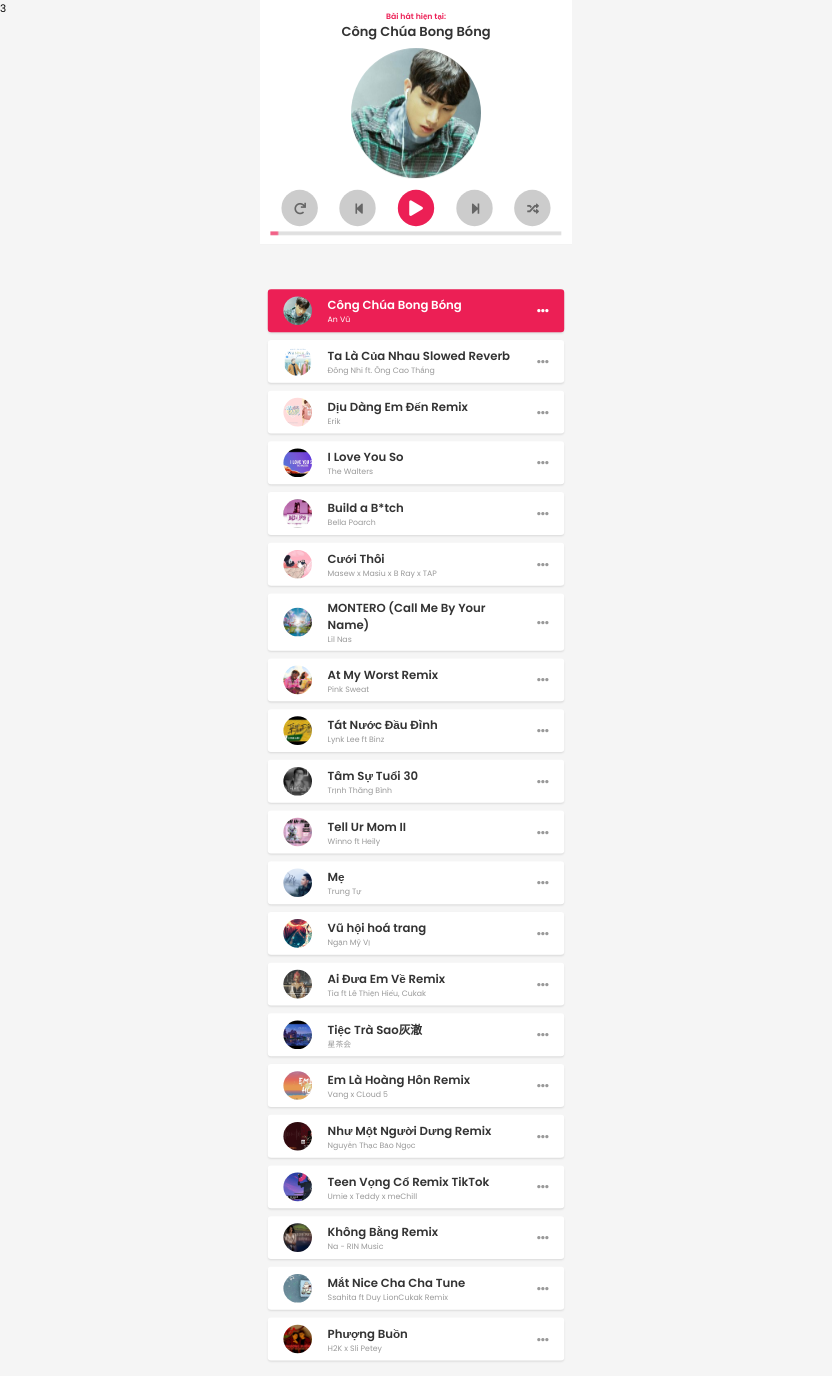
Repository: hopcodedao/music
Page: index.html
These files come from the project's save history. The page is drawn as it stood at one moment and after the next save; the edit follows.
The browser window is 1280 px wide. The pictures show the whole page, at 65% of full size.

Above is the page before, as saved 2022-09-06 21:24:50.
Console error: ReferenceError: _this is not defined

### index.html
3<!DOCTYPE html>
<html lang="en">
<head>
  <meta charset="UTF-8">
  <meta http-equiv="X-UA-Compatible" content="IE=edge">
  <meta name="viewport" content="width=device-width, initial-scale=1.0">
  <title>Hợp Music</title>
  <link rel="stylesheet" href="https://cdnjs.cloudflare.com/ajax/libs/font-awesome/5.15.2/css/all.min.css" integrity="sha512-HK5fgLBL+xu6dm/Ii3z4xhlSUyZgTT9tuc/hSrtw6uzJOvgRr2a9jyxxT1ely+B+xFAmJKVSTbpM/CuL7qxO8w==" crossorigin="anonymous" />
  <link rel="preconnect" href="https://fonts.gstatic.com">
  <link href="https://fonts.googleapis.com/css2?family=Poppins:wght@300;400;600&display=swap" rel="stylesheet">
  <link rel="stylesheet" href="./assets/css/ok.css">
  <link rel="icon" href="./assets/img/iconlogo.png" type="image/x-icon" sizes="192x192">
</head>
<body>

<div class="player">
  <!-- Dashboard -->
  <div class="dashboard">
    <!-- Header -->
    <header>
      <h4>Bài hát hiện tại:</h4>
      <h2>String 57th & 9th</h2>
    </header>

    <!-- CD -->
    <div class="cd">
      <div class="cd-thumb" style="background-image: url('https://i.ytimg.com/vi/jTLhQf5KJSc/maxresdefault.jpg')">
      </div>
    </div>

    <!-- Control -->
    <div class="control">
      <div class="btn btn-repeat">
        <i class="fas fa-redo"></i>
      </div>
      <div class="btn btn-prev">
        <i class="fas fa-step-backward"></i>
      </div>
      <div class="btn btn-toggle-play">
        <i class="fas fa-pause icon-pause"></i>
        <i class="fas fa-play icon-play"></i>
      </div>
      <div class="btn btn-next">
        <i class="fas fa-step-forward"></i>
      </div>
      <div class="btn btn-random">
        <i class="fas fa-random"></i>
      </div>
    </div>

    <input id="progress" class="progress" type="range" value="0" step="1" min="0" max="100">

    <audio id="audio" src=""></audio>
  </div>

  <!-- Playlist -->
  <div class="playlist">

</div>

<script src="app.js"></script>


</body>
</html>

### assets/css/ok.css
:root {
    --primary-color: #ec1f55;
    --text-color: #333;
  }

  * {
    padding: 0;
    margin: 0;
    box-sizing: inherit;
  }

  body {
    background-color: #f5f5f5;
  }

  html {
    box-sizing: border-box;
    font-family: "Poppins", sans-serif;
  }

  .player {
    position: relative;
    max-width: 480px;
    margin: 0 auto;
  }

  .player .icon-pause {
    display: none;
  }

  .player.playing .icon-pause {
    display: inline-block;
  }

  .player.playing .icon-play {
    display: none;
  }

  .dashboard {
    padding: 16px 16px 14px;
    background-color: #fff;
    position: fixed;
    top: 0;
    width: 100%;
    max-width: 480px;
    border-bottom: 1px solid #ebebeb;
  }

  /* HEADER */
  header {
    text-align: center;
    margin-bottom: 10px;
  }

  header h4 {
    color: var(--primary-color);
    font-size: 12px;
  }

  header h2 {
    color: var(--text-color);
    font-size: 20px;
  }

  /* CD */
  .cd {
    display: flex;
    margin: auto;
    width: 200px;
  }

  .cd-thumb {
    width: 100%;
    padding-top: 100%;
    border-radius: 50%;
    background-color: #333;
    background-size: cover;
    margin: auto;
  }

  /* CONTROL */
  .control {
    display: flex;
    align-items: center;
    justify-content: space-around;
    padding: 18px 0 8px 0;
  }

  .control .btn {
    color: #666;
    padding: 18px;
    font-size: 18px;
  }

  .control .btn.active {
    color: var(--primary-color);
  }

  .control .btn-toggle-play {
    width: 56px;
    height: 56px;
    border-radius: 50%;
    font-size: 24px;
    color: #fff;
    display: flex;
    align-items: center;
    justify-content: center;
    background-color: var(--primary-color);
  }

  .progress {
    width: 100%;
    -webkit-appearance: none;
    height: 6px;
    background: #d3d3d3;
    outline: none;
    opacity: 0.7;
    -webkit-transition: 0.2s;
    transition: opacity 0.2s;
  }

  .progress::-webkit-slider-thumb {
    -webkit-appearance: none;
    appearance: none;
    width: 12px;
    height: 6px;
    background-color: var(--primary-color);
    cursor: pointer;
  }

  /* PLAYLIST */
  .playlist {
    margin-top: 408px;
    padding: 12px;
  }

  .song {
    display: flex;
    align-items: center;
    margin-bottom: 12px;
    background-color: #fff;
    padding: 8px 16px;
    border-radius: 5px;
    box-shadow: 0 2px 3px rgba(0, 0, 0, 0.1);
  }

  .song.active {
    background-color: var(--primary-color);
  }

  .song:active {
    opacity: 0.8;
  }

  .song.active .option,
  .song.active .author,
  .song.active .title {
    color: #fff;
  }

  .song .thumb {
    width: 44px;
    height: 44px;
    border-radius: 50%;
    background-size: cover;
    margin: 0 8px;
  }

  .song .body {
    flex: 1;
    padding: 0 16px;
  }

  .song .title {
    font-size: 18px;
    color: var(--text-color);
  }

  .song .author {
    font-size: 12px;
    color: #999;
  }

  .song .option {
    padding: 16px 8px;
    color: #999;
    font-size: 18px;
  }
  .btn.btn-repeat,
  .btn.btn-prev,
  .btn.btn-next,
  .btn.btn-random{
      background-color:#ccc;
    border-radius: 50%;
    width: 56px;
    height: 56px;
    display: flex;
    align-items: center;
    justify-content: flex-end;
  }
  .btn.btn-repeat:hover,
  .btn.btn-prev:hover,
  .btn.btn-next:hover,
  .btn.btn-random:hover
  {
    cursor: pointer;
    background-color:rgb(199, 196, 196);
    border-radius: 50%;
  }

  .btn.btn-toggle-play:hover{
      cursor: pointer;
  }

  .song:hover{
      cursor: pointer;
  }

### app.js
const $ =document.querySelector.bind(document)
const $$ =document.querySelectorAll.bind(document)
const PLAYER_STORAGE_KEY ='MINH_QUAN'

const heading = $('header h2')
const cdThumb = $('.cd-thumb')
const audio = $('#audio')
const cd = $('.cd')
const playBtn = $('.btn-toggle-play')
const player = $('.player')
const progress = $('#progress')
const nextBtn = $('.btn-next')
const prevBtn = $('.btn-prev')
const randomBtn = $('.btn-random')
const repeatBtn = $('.btn-repeat')
const playlist = $('.playlist')

const app = {
    currentIndex: 0,
    isPlaying: false,
    isRandom:false,
    isRepeat:false,
    config: JSON.parse(localStorage.getItem('PLAYER_STORAGE_KEY')) || {},
    songs : [

        {
            name: 'Công Chúa Bong Bóng',
            singer: 'An Vũ',
            path: './assets/songs/Công Chúa Bong Bóng.mp3',
            image: './assets/img/anvu.jpg'
        },
        {
            name: 'Ta Là Của Nhau Slowed Reverb',
            singer: 'Đông Nhi ft. Ông Cao Thắng',
            path: './assets/songs/Ta Là Của Nhau Slowed Reverb.mp3',
            image: './assets/img/talacuanhau.jpg'
        },
        {
            name: 'Dịu Dàng Em Đến Remix',
            singer: 'Erik',
            path: './assets/songs/Dịu Dàng Em Đến  ERIKCukak Remix.mp3',
            image: './assets/img/diudangngayemden.jpg'
        },
        {
            name: 'I Love You So',
            singer: 'The Walters',
            path: './assets/songs/I Love You So .mp3',
            image: './assets/img/0.jpg'
        },
        {
            name: 'Build a B*tch',
            singer: ' Bella Poarch',
            path: './assets/songs/y2mate.com - Build a Btch  Bella Poarch Lyrics  Vietsub .mp3',
            image: './assets/img/buildabitch.jpg'
        },
        {
            name: ' Cưới Thôi',
            singer: 'Masew x Masiu x B Ray x TAP',
            path: './assets/songs/y2mate.com - Cưới Thôi  Masew x Masiu x B Ray x TAP  Lyrics Audio .mp3',
            image: './assets/img/cuoithoi.jpg'
        },
        {
            name: 'MONTERO (Call Me By Your Name) ',
            singer: 'Lil Nas',
            path: './assets/songs/y2mate.com - Lil Nas X  MONTERO Call Me By Your Name Lyrics.mp3',
            image: './assets/img/montero.jpg'
        },
        {
            name: ' At My Worst Remix',
            singer: 'Pink Sweat',
            path: './assets/songs/y2mate.com - Pink Sweat  At My Worst Remix Lyrics Ft Kehlani.mp3',
            image: './assets/img/atmyworst.jpg'
        },
        {
            name: 'Tát Nước Đầu Đình',
            singer: 'Lynk Lee ft Binz',
            path: './assets/songs/y2mate.com - Tát Nước Đầu Đình  Lynk Lee ftBinz Cowvy Mix.mp3',
            image: './assets/img/tatnuocdaudinh.jpg'
        },
        {
            name: ' Tâm Sự Tuổi 30',
            singer: 'Trịnh Thăng Bình',
            path: './assets/songs/y2mate.com - TÂM SỰ TUỔI 30  TRỊNH THĂNG BÌNH  OST ÔNG NGOẠI TUỔI 30.mp3',
            image: './assets/img/tamuuoi30.jpg'
        },
        {
            name: ' Tell Ur Mom II',
            singer: 'Winno ft Heily',
            path: './assets/songs/y2mate.com - Tell Ur Mom II  Winno ft HeilyCukak Remix Audio Lyrics Video.mp3',
            image: './assets/img/tell.jpg'
        },
        {
            name: 'Mẹ',
            singer: 'Trung Tự',
            path: './assets/songs/y2mate.com - Trung Tự  Mẹ  Xa Nhà  BFF Remix Lofi Ver    Dự Án Lofi 02 .mp3',
            image: './assets/img/me.jpg'
        },
        {
            name: 'Vũ hội hoá trang',
            singer: ' Ngận Mỹ Vị',
            path: './assets/songs/y2mate.com - Vietsub Vũ hội hoá trang  Ngận Mỹ Vị   假面舞会  很美味.mp3',
            image: './assets/img/vuhoihoatrang.jpg'
        },
        {
            name: 'Ai Đưa Em Về Remix',
            singer: 'Tia ft Lê Thiện Hiếu, Cukak ',
            path: './assets/songs/y2mate.com - Ai Đưa Em Về  Tia ft Lê Thiện HiếuCukak Remix Audio Lyrics Video.mp3',
            image: './assets/img/aiduaemve.jpg'
        },
        {
            name: 'Tiệc Trà Sao灰澈',
            singer: '星茶会',
            path: './assets/songs/y2mate.com - 星茶会  Tiệc Trà Sao灰澈  Nhạc Douyin.mp3',
            image: './assets/img/tiệctrasao.jpg'
        },
        {
            name: 'Em Là Hoàng Hôn Remix',
            singer: 'Vang x CLoud 5',
            path: './assets/songs/y2mate.com - Em Là Hoàng Hôn Frexs Remix  Vang x CLoud 5  Má Của Em Tựa Hồng Cành Thắm Remix.mp3',
            image: './assets/img/emlahoanghon.jpg'
        },
        {
            name: 'Như Một Người Dưng Remix ',
            singer: 'Nguyễn Thạc Bảo Ngọc',
            path: './assets/songs/y2mate.com - Như Một Người Dưng Remix  từng ngày em vẫn bên anh thế nhưng anh vương vấn điều gì Hot TikTok 2021.mp3',
            image: './assets/img/nhumotnguoidung.jpg'
        },
        {
            name: 'Teen Vọng Cổ Remix TikTok',
            singer: 'Umie x Teddy x meChill',
            path: './assets/songs/y2mate.com - Teen Vọng Cổ Remix TikTok Umie x Teddy x meChill.mp3',
            image: './assets/img/teenvongco.jpg'
        },
        {
            name: 'Không Bằng Remix ',
            singer: 'Na - RIN Music',
            path: './assets/songs/y2mate.com - Nói Với Em Một Lời Trước Khi Xa Rời  Không Bằng RIN Music Remix  Na.mp3',
            image: './assets/img/khongbang.jpg'
        },
        {
            name: 'Mắt Nice Cha Cha Tune ',
            singer: ' Ssahita ft Duy LionCukak Remix',
            path: './assets/songs/y2mate.com - Mắt Nice Cha Cha Tune  Ssahita ft Duy LionCukak Remix Audio Lyrics Video.mp3',
            image: './assets/img/matnai.jpg'
        },
        {
            name: ' Phượng Buồn',
            singer: 'H2K x Sli Petey',
            path: './assets/songs/y2mate.com - Phượng Buồn  H2K x Sli Petey by H2K  VN MIXCLOUD.mp3',
            image: './assets/img/phuongbuon.jpg'
        },
            ],
    setConfig: function (key, value) {
        this.config[key] = value;
        localStorage.setItem(PLAYER_STORAGE_KEY, JSON.stringify(this.config))
    },
    render: function () {
        const htmls = this.songs.map((song, index) => {
            return `
            <div class="song ${index === this.currentIndex ? 'active' : ''}" data-index="${index}">
                <div class="thumb" style="background-image: url('${song.image}')">
                </div>
                <div class="body">
                    <h3 class="title">${song.name}</h3>
                    <p class="author">${song.singer}</p>
                </div>
                <div class="option">
                    <i class="fas fa-ellipsis-h"></i>
                </div>
            </div>
            `
        })
        $('.playlist').innerHTML = htmls.join('')
    },
    defineProperties:function () {
        Object.defineProperty(this, 'currentSong',{
            get: function () {
                return this.songs[this.currentIndex]
            }
        })
    },
    handleEvents: function () {
        const _this = this
        const cdWidth = cd.offsetWidth

        //Xử lý CD quay / dừng
        const cdThumbAnimate = cdThumb.animate([
            {transform: 'rotate(360deg)'}
        ],{
            duration: 10000, //10s
            iterations: Infinity
        })
        cdThumbAnimate.pause()

        //Xử lý phóng to / thu nhỏ CD
        document.onscroll = function () {
            const scrollTop = window.scrollY
            const newCdWidth = cdWidth - scrollTop

            cd.style.width = newCdWidth > 0 ? newCdWidth + 'px' : 0
            cd.style.opacity = newCdWidth / cdWidth

        }

        //Xử lý khi click play
        playBtn.onclick = function() {
            if(_this.isPlaying) {
                audio.pause()
            }else{
                audio.play()
            }
        }

        //Khi song play
        audio.onplay = function () {
            _this.isPlaying = true
            player.classList.add('playing')
            cdThumbAnimate.play()
        }

        //Khi song pause
        audio.onpause = function () {
            _this.isPlaying = false
            player.classList.remove('playing')
            cdThumbAnimate.pause()
        }

        //Khi tiến độ bài hát thay đổi
        audio.ontimeupdate = function () {
            if(audio.duration){
                const progressPercent = Math.floor(audio.currentTime / audio.duration *100)
                progress.value = progressPercent
            }
        }

        //Khi tua song
        progress.onchange = function (e) {
            const seekTime = audio.duration / 100 * e.target.value
            audio.currentTime = seekTime
        }

        //Khi next song
        nextBtn.onclick = function () {
            if (_this.isRandom) {
                _this.playRandomSong()
            } else {
                _this.nextSong()
            }
            audio.play()
            _this.render()
            _this.scrollToActiveSong()
        }
        //Khi prev song
        prevBtn.onclick = function () {
            if (_this.isRandom) {
                _this.playRandomSong()
            } else {
                _this.prevSong()
            }
            audio.play()
            _this.render()
            _this.scrollToActiveSong()
        }
        //Khi random bài hát
        randomBtn.onclick = function () {
            _this.isRandom = !_this.isRandom
            _this.setConfig('isRandom', _this.isRandom)
            randomBtn.classList.toggle('active', _this.isRandom)
        }

        //Phát lại 1 bài hát
        repeatBtn.onclick = function () {
            _this.isRepeat = !_this.isRepeat
            _this.setConfig('isRepeat', _this.isRepeat)
            repeatBtn.classList.toggle('active', _this.isRepeat)
        }

        //Xử lý next song song khi audio ended
        audio.onended = function () {
            if (_this.isRepeat){
                audio.play()
            } else {
                nextBtn.click()
            }
        }
        //Lắng nghe hành vi click vào play list
        playlist.onclick = function (e) {
            const songNode = e.target.closest('.song:not(.active)')
            if(songNode || e.target.closest('.option')) {
                //Xử lý khi click vào song
                 {if (songNode) {
                    _this.currentIndex = Number(songNode.dataset.index)
                    _this.loadCurrentSong()
                    audio.play()
                    _this.render()
                }
                }
                //Xử lý khi click vào option
                if(e.target.closest('.option')){

                }
            }
        }
    },
    scrollToActiveSong: function () {
        if(this.currentIndex === 0){
            document.documentElement.scrollTop = 0
        }
        setTimeout(() =>{
            $('.song.active').scrollIntoView({
                behavior: 'smooth',
                block:'nearest',
            })
        },0)
    },
    loadCurrentSong: function () {
        heading.textContent = this.currentSong.name
        cdThumb.style.backgroundImage = `url('${this.currentSong.image}')`
        audio.src = this.currentSong.path

        console.log(heading, cdThumb, audio)

    },
    loadConfig: function () {
        this.isRandom = this.config.isRandom
        this.isRepeat = this.config.isRepeat
    },
    nextSong: function () {
        this.currentIndex++
        if(this.currentIndex >= this.songs.length ) {
            this.currentIndex = 0
        }
        this.loadCurrentSong()
    },
    prevSong: function () {
        this.currentIndex--
        if(this.currentIndex < 0) {
            this.currentIndex = this.songs.length - 1
        }
        this.loadCurrentSong()
    },
    playRandomSong: function () {
        let newIndex
        do {
            newIndex = Math.floor(Math.random() * this.songs.length)
        } while(newIndex === this.currentIndex)

        this.currentIndex = newIndex
        this.loadCurrentSong()
    },
    start: function () {
        //Gán cấu hình từ cònfig vào app
        // this.loadConfig()

        //Định nghĩa các thuộc tính cho object
        this.defineProperties()

        //Lắng nghe xử lý các sự kiện (DOM event)
        this.handleEvents()


        //Tải thông tin bài hát đầu tiên vào UI khi chạy ứng dụng
        this.loadCurrentSong()

        //Render playlist
        this.render()

        //Hiển thị trạng thái ban đầu của button repeat và ban đầu
        randomBtn.classList.toggle('active', _this.isRandom)
        repeatBtn.classList.toggle('active', _this.isRepeat)
    }
}
app.start()

After the next save:
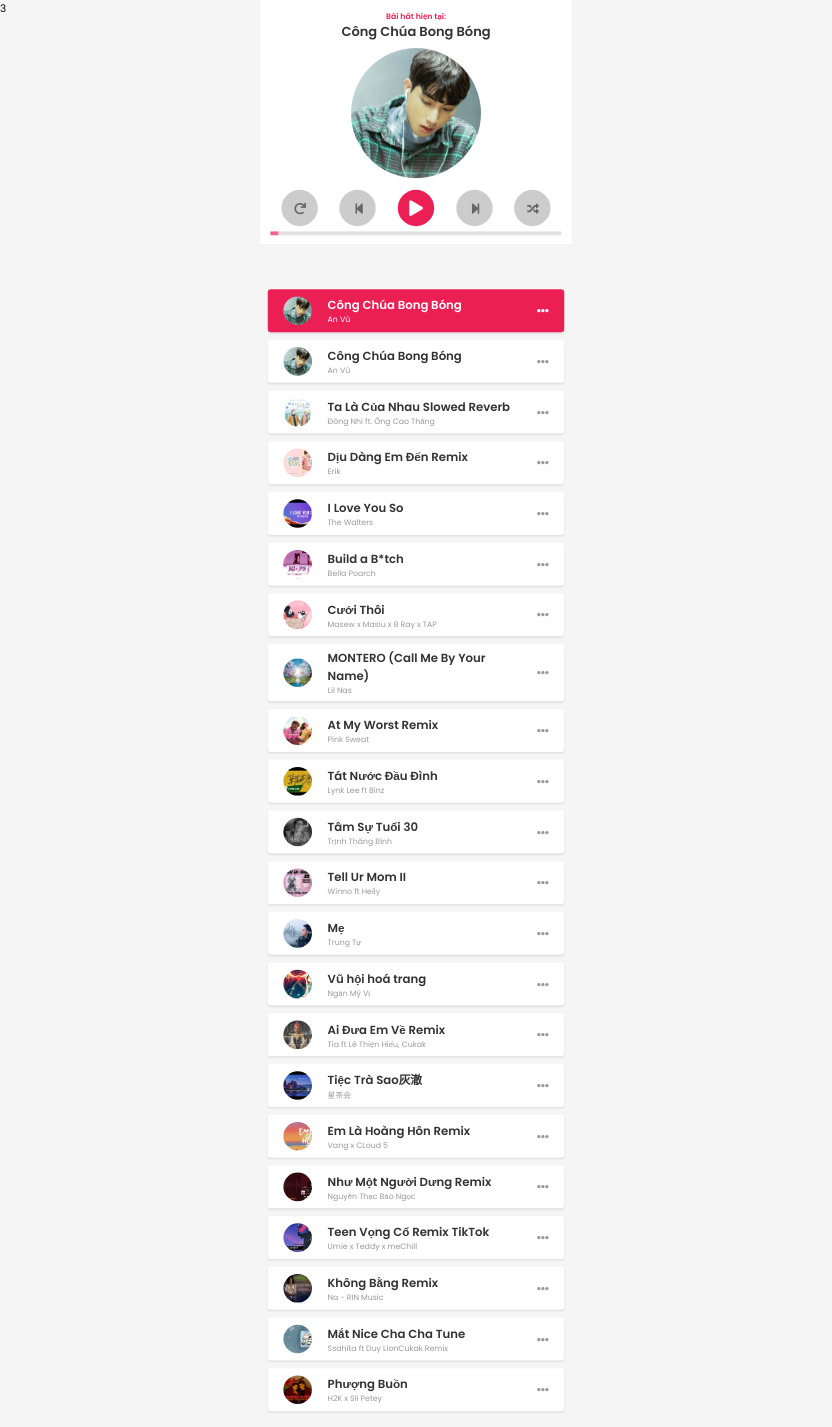
Saved 19 s later.
--- a/app.js
+++ b/app.js
@@ -22,7 +22,12 @@ const app = {
     isRepeat:false,
     config: JSON.parse(localStorage.getItem('PLAYER_STORAGE_KEY')) || {},
     songs : [
-
+        {
+            name: 'Công Chúa Bong Bóng',
+            singer: 'An Vũ',
+            path: './assets/songs/Công Chúa Bong Bóng.mp3',
+            image: './assets/img/anvu.jpg'
+        },
         {
             name: 'Công Chúa Bong Bóng',
             singer: 'An Vũ',
